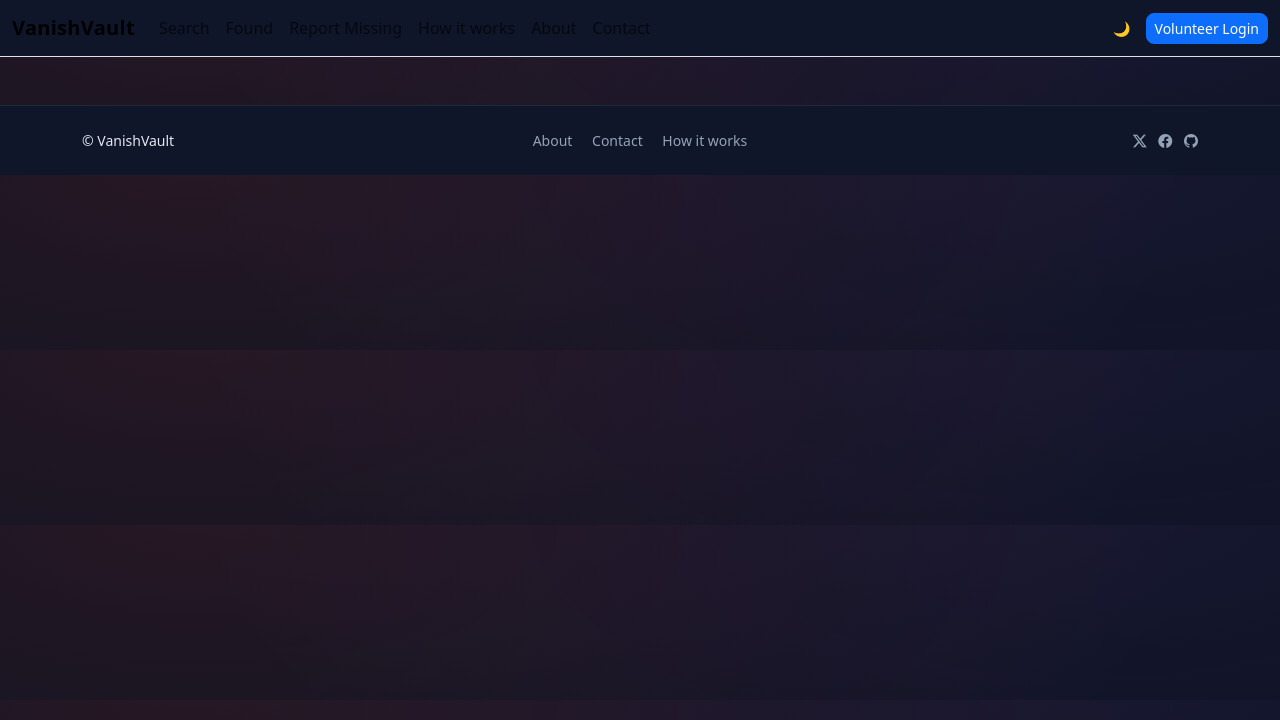
Repository: nidhi-jpg/Vanish-Vault
Page: templates/base.html
These files come from the project's save history. The page is drawn as it stood at one moment and after the next save; the edit follows.
The browser window is 1280 px wide. The pictures show the whole page.
The template is drawn by Django 3.2. The application's start-up code is not run. Other server files are loaded and not shown. The template is opened directly, without the code that normally fills it, so the values that code supplies are empty.

Above is the page before, as saved 2025-09-01 14:50:34.

### templates/base.html
<!DOCTYPE html>
<html lang="en">
<head>
    <meta charset="UTF-8">
    <meta name="viewport" content="width=device-width, initial-scale=1">
    <title>VanishVault – Search. Identify. Reunite.</title>
    <link href="https://cdn.jsdelivr.net/npm/bootstrap@5.3.3/dist/css/bootstrap.min.css" rel="stylesheet">
    <link href="https://cdn.jsdelivr.net/npm/bootstrap-icons@1.11.3/font/bootstrap-icons.css" rel="stylesheet">
    <link rel="stylesheet" href="/static/css/styles.css">
    <meta name="theme-color" content="#0d6efd">
</head>
<body>
<nav class="navbar navbar-expand-lg navbar-light bg-surface border-bottom sticky-top">
  <div class="container-fluid">
    <a class="navbar-brand fw-bold" href="/">VanishVault</a>
    <button class="navbar-toggler" type="button" data-bs-toggle="collapse" data-bs-target="#nav" aria-controls="nav" aria-expanded="false" aria-label="Toggle navigation">
      <span class="navbar-toggler-icon"></span>
    </button>
    <div class="collapse navbar-collapse" id="nav">
      <ul class="navbar-nav me-auto mb-2 mb-lg-0">
        <li class="nav-item"><a class="nav-link {% if request.path|slice:':8' == '/search/' %}active{% endif %}" href="/search/" aria-current="{% if request.path|slice:':8' == '/search/' %}page{% endif %}">Search</a></li>
        <li class="nav-item"><a class="nav-link {% if request.path|slice:':7' == '/found/' %}active{% endif %}" href="/found/" aria-current="{% if request.path|slice:':7' == '/found/' %}page{% endif %}">Found</a></li>
        <li class="nav-item"><a class="nav-link {% if request.path|slice:':9' == '/reports/' %}active{% endif %}" href="/reports/report-missing/" aria-current="{% if request.path|slice:':9' == '/reports/' %}page{% endif %}">Report Missing</a></li>
        <li class="nav-item"><a class="nav-link" href="/#how-it-works">How it works</a></li>
        <li class="nav-item"><a class="nav-link {% if request.path == '/about/' %}active{% endif %}" href="/about/" aria-current="{% if request.path == '/about/' %}page{% endif %}">About</a></li>
        <li class="nav-item"><a class="nav-link {% if request.path == '/contact/' %}active{% endif %}" href="/contact/" aria-current="{% if request.path == '/contact/' %}page{% endif %}">Contact</a></li>
      </ul>
      <ul class="navbar-nav align-items-center gap-2">
        <li class="nav-item">
          <button id="themeToggle" class="btn btn-ghost btn-sm" type="button" aria-label="Toggle theme">🌙</button>
        </li>
        {% if user.is_authenticated %}
          <li class="nav-item"><span class="nav-link">Hi {{ user.username }}</span></li>
          <li class="nav-item"><a class="btn btn-outline-primary btn-sm" href="/accounts/logout/">Logout</a></li>
        {% else %}
          <li class="nav-item"><a class="btn btn-primary btn-sm" href="/accounts/login/">Volunteer Login</a></li>
        {% endif %}
      </ul>
    </div>
  </div>
  </nav>

  <main class="container py-4">
    {% block content %}{% endblock %}
  </main>

  <footer class="site-footer py-4 mt-auto">
    <div class="container">
      <div class="row align-items-center g-2">
        <div class="col-12 col-md-4 small text-center text-md-start">
          © {{ now|date:'Y' }} VanishVault
        </div>
        <div class="col-12 col-md-4 small text-center">
          <a href="/about/" class="me-3">About</a>
          <a href="/contact/" class="me-3">Contact</a>
          <a href="/#how-it-works">How it works</a>
        </div>
        <div class="col-12 col-md-4 small text-center text-md-end">
          <a class="me-2" href="#" aria-label="Twitter"><i class="bi bi-twitter-x"></i></a>
          <a class="me-2" href="#" aria-label="Facebook"><i class="bi bi-facebook"></i></a>
          <a class="" href="#" aria-label="GitHub"><i class="bi bi-github"></i></a>
        </div>
      </div>
    </div>
  </footer>

  <script src="https://cdn.jsdelivr.net/npm/bootstrap@5.3.3/dist/js/bootstrap.bundle.min.js"></script>
  <script src="/static/js/app.js"></script>
</body>
</html>

### static/css/styles.css
/* Minimal base styles for a clean, modern look */
:root{
  --bg:#0b1220; --surface:#0f1629; --text:#e2e8f0; --muted:#94a3b8;
  --primary:#ef4444; --primary-600:#dc2626; --secondary:#22c55e; --accent:#a855f7; --warning:#f59e0b;
  --glow-red:rgba(239,68,68,.35); --glow-red-strong:rgba(239,68,68,.55);
  --card-border:#1f2937; --shadow:0 8px 24px rgba(0,0,0,.35);
}
body { background: radial-gradient(1000px 480px at 15% -10%, rgba(239,68,68,.12), transparent),
               radial-gradient(900px 420px at 85% -15%, rgba(168,85,247,.08), transparent),
               var(--bg); color: var(--text); }
.bg-surface{ background-color: var(--surface)!important; }
.navbar-brand { letter-spacing: 0.3px; }
.btn-ghost{ background: transparent; border: 0; }
.gradient-text{ background: linear-gradient(90deg,#ef4444 0%, #f97316 40%, #a855f7 100%); -webkit-background-clip:text; background-clip:text; color: transparent; }
.card img { object-fit: cover; height: 180px; }
@media (max-width: 576px) {
  .card img { height: 140px; }
}

/* Elevation and rounded corners */
.card { border: 1px solid var(--card-border); box-shadow: var(--shadow); border-radius: 1rem; overflow: hidden; }
.btn { border-radius: .5rem; }
.form-control, .form-select { border-radius: .5rem; }

/* Utility colors */
.badge-soft{ background: rgba(239,68,68,.10); color:#fecaca; border:1px solid rgba(239,68,68,.20)}
.chip{ display:inline-flex; align-items:center; gap:.35rem; padding:.35rem .6rem; border-radius:999px; border:1px solid var(--card-border); background: var(--surface); color: var(--muted); font-size:.85rem }
.chip i{ color: var(--primary) }
.btn-gradient{ background: linear-gradient(90deg, var(--primary), var(--accent)); color:#fff; border: 0; box-shadow: 0 6px 16px rgba(239,68,68,.25) }
.btn-gradient:hover{ filter: brightness(1.05) }

/* Hero tweaks */
.hero { position: relative; overflow: hidden; background: var(--surface); border: 1px solid var(--card-border); border-radius: 1rem; box-shadow: 0 0 0 1px rgba(239,68,68,.08), 0 0 40px var(--glow-red); }
.hero::before{ content:""; position:absolute; inset:-20%; background: conic-gradient(from 180deg at 50% 50%, rgba(239,68,68,.25), rgba(168,85,247,.20), rgba(34,197,94,.15), rgba(239,68,68,.25)); filter: blur(60px); animation: rotate 14s linear infinite; }
.hero::after{ content:""; position:absolute; inset:auto auto -30% -30%; width: 60%; height: 60%; background: radial-gradient(60% 60% at 50% 50%, var(--glow-red-strong), transparent 70%); filter: blur(30px); transform: rotate(12deg); }
@keyframes rotate{ to{ transform: rotate(360deg); } }

/* Red glow utility */
.red-glow{ box-shadow: 0 0 0 1px rgba(239,68,68,.25), 0 0 28px var(--glow-red) !important; }

/* Glass effect */
.glass{ background: rgba(15,22,41,.5); border: 1px solid rgba(255,255,255,.08); backdrop-filter: blur(10px); }

/* Hover and transitions */
.card, .btn, .form-control, .form-select, .navbar, .hero { transition: all .2s ease; }
.card:hover { transform: translateY(-2px); box-shadow: 0 12px 30px rgba(15,23,42,.22); }

/* Section headings */
.section-title{ display:flex; align-items:center; gap:.6rem; font-weight:700 }
.section-title .bar{ width:28px; height:6px; border-radius:999px; background: linear-gradient(90deg, var(--primary), #f97316); box-shadow: 0 0 20px var(--glow-red); }

/* Card meta */
.meta{ display:flex; flex-wrap:wrap; gap:.4rem }
.meta .pill{ background: rgba(255,255,255,.06); color: var(--muted); border:1px solid var(--card-border); border-radius: 999px; padding:.2rem .5rem; font-size:.75rem }

/* Reveal on scroll */
.reveal{ opacity: 0; transform: translateY(8px); }
.reveal.show{ opacity: 1; transform: none; transition: all .4s ease; }

/* Shimmer skeleton */
.shimmer{ position: relative; overflow: hidden; background: linear-gradient(90deg, #0f172a 25%, #111827 37%, #0f172a 63%); background-size: 400% 100%; animation: shimmer 1.4s ease infinite; }
@keyframes shimmer{ 0%{ background-position: 100% 0 } 100%{ background-position: -100% 0 } }

/* Navbar active state */
.navbar .nav-link.active, .navbar .nav-link[aria-current="page"]{ color: var(--text); position: relative; }
.navbar .nav-link.active::after, .navbar .nav-link[aria-current="page"]::after{
  content:""; position:absolute; left: .5rem; right: .5rem; bottom: .2rem; height: 2px; border-radius: 999px; background: var(--primary);
  box-shadow: 0 0 12px var(--glow-red);
}

/* Filter card & inputs */
.filter-card{ border-radius: 1rem; border: 1px solid var(--card-border); background: var(--surface); box-shadow: var(--shadow); }
.filter-card .form-control, .filter-card .form-select{ background: rgba(255,255,255,.04); color: var(--text); border:1px solid var(--card-border); }
.filter-card .btn{ border-radius: .6rem; }

/* Result cards */
.result-card .card-img-top{ height: 160px; }
.result-card .card-title{ font-size: .95rem; }
.result-card .meta{ gap:.35rem }
.result-card .meta .pill{ background: rgba(255,255,255,.05) }

/* Empty state */
.empty-state{ text-align:center; padding: 2.5rem 1rem; border: 1px dashed var(--card-border); border-radius: 1rem; background: rgba(255,255,255,.03); }
.empty-state .icon{ width:56px; height:56px; display:inline-flex; align-items:center; justify-content:center; border-radius: 50%; background: rgba(239,68,68,.12); color: var(--primary); box-shadow: 0 0 18px var(--glow-red) inset; }
.empty-state p{ margin: .5rem 0 0; color: var(--muted); }

/* Footer */
.site-footer{ background: var(--surface); border-top:1px solid var(--card-border); }
.site-footer a{ color: var(--muted); text-decoration: none; }
.site-footer a:hover{ color: var(--text); }

### static/js/app.js
// Theme toggle with localStorage
(function(){
  const storageKey = 'vv-theme';
  const apply = (mode)=>{ document.documentElement.classList.toggle('dark', mode === 'dark'); };
  const stored = localStorage.getItem(storageKey);
  const initial = stored || 'dark';
  apply(initial);
  const btn = document.getElementById('themeToggle');
  if(btn){
    btn.addEventListener('click', ()=>{
      const next = document.documentElement.classList.contains('dark') ? 'light' : 'dark';
      localStorage.setItem(storageKey, next);
      apply(next);
      btn.textContent = next === 'dark' ? '🌙' : '☀️';
    });
    btn.textContent = document.documentElement.classList.contains('dark') ? '🌙' : '☀️';
  }
})();

// Simple reveal-on-scroll for cards
(function(){
  const els = document.querySelectorAll('.reveal');
  if(!('IntersectionObserver' in window)){
    els.forEach(e=>e.classList.add('show')); return;
  }
  const io = new IntersectionObserver((entries)=>{
    entries.forEach(en=>{ if(en.isIntersecting){ en.target.classList.add('show'); io.unobserve(en.target); } });
  }, { threshold: .15 });
  els.forEach(e=>io.observe(e));
})();

After the next save:
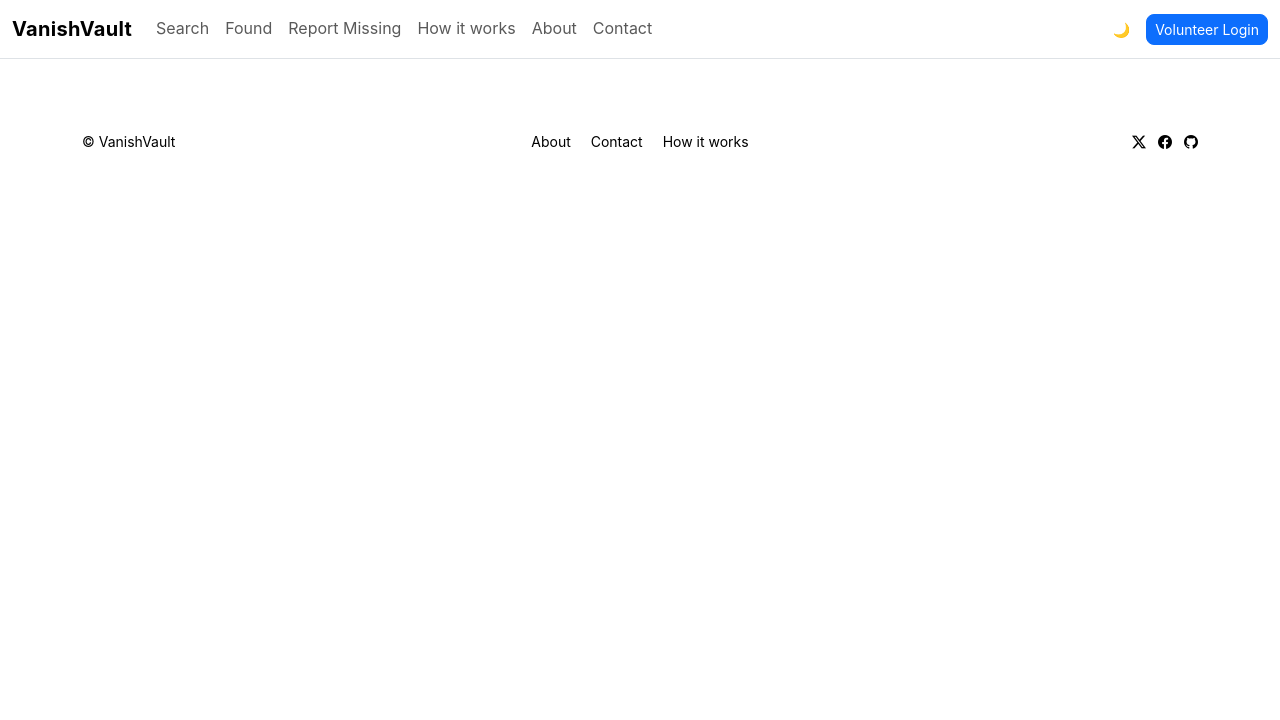
Saved 2 min 5 s later.
--- a/static/css/styles.css
+++ b/static/css/styles.css
@@ -1,9 +1,29 @@
-/* Minimal base styles for a clean, modern look */
-:root{
-  --bg:#0b1220; --surface:#0f1629; --text:#e2e8f0; --muted:#94a3b8;
-  --primary:#ef4444; --primary-600:#dc2626; --secondary:#22c55e; --accent:#a855f7; --warning:#f59e0b;
-  --glow-red:rgba(239,68,68,.35); --glow-red-strong:rgba(239,68,68,.55);
-  --card-border:#1f2937; --shadow:0 8px 24px rgba(0,0,0,.35);
+/* VanishVault Dark Theme - Using specified color tokens */
+:root {
+  --bg-base: #0B0F14;
+  --bg-card: #111827;
+  --text-primary: #F5F7FA;
+  --text-muted: #9AA4B2;
+  --primary: #00ADB5;
+  --primary-dark: #008B91;
+  --accent: #FF6B35;
+  --accent-dark: #E55A2B;
+  --radius: 16px;
+  --shadow-soft: 0 4px 20px rgba(0, 0, 0, 0.15);
+  --shadow-card: 0 8px 32px rgba(0, 0, 0, 0.25);
+}
+
+/* Base styles */
+body {
+  background-color: var(--bg-base);
+  color: var(--text-primary);
+  font-family: -apple-system, BlinkMacSystemFont, 'Segoe UI', Roboto, sans-serif;
+  line-height: 1.6;
+}
+
+.dark-theme {
+  background-color: var(--bg-base);
+  color: var(--text-primary);
 }
 body { background: radial-gradient(1000px 480px at 15% -10%, rgba(239,68,68,.12), transparent),
                radial-gradient(900px 420px at 85% -15%, rgba(168,85,247,.08), transparent),
